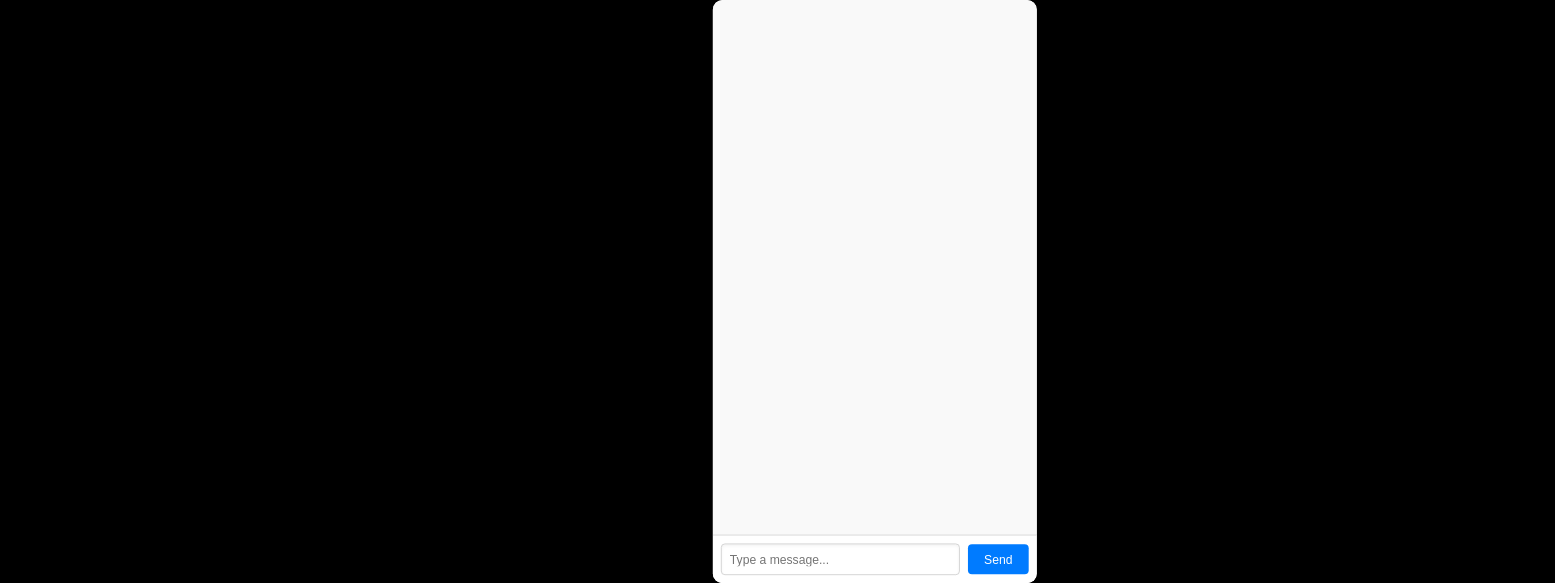
Repository: mdmisri/needy-talk
Page: /home (app in frontend/talk-d1/), after clicking the first element matching `div.card`
These files come from the project's save history. The page is drawn as it stood at one moment and after the next save; the edit follows.
The browser window is 1280 px wide. The page is 1280 px wide, then 1920 px, so the pictures cover 1920 px, including what lies to the right of the window. The pictures show the whole page, at 81% of full size.
The page's requests for data from a server got no answer. The project was rebuilt for these pictures with package versions that can differ from the ones it lists, and the page was loaded fresh each time. No one was signed in, and anything a server would have sent is missing. Also part of the build but not shown: frontend/talk-d1/src/components/Login/Login.js, frontend/talk-d1/src/components/Register/Register.js, frontend/talk-d1/src/components/Chat/styles/Message.css, frontend/talk-d1/src/components/Chat/Message.js, frontend/talk-d1/src/components/Chat/AdminChatBox.js.

Above is the page before, as saved 2024-07-31 08:41:38.

### frontend/talk-d1/public/index.html
<!DOCTYPE html>
<html lang="en">
  <head>
    <meta charset="utf-8" />
    <link rel="icon" href="%PUBLIC_URL%/favicon.ico" />
    <meta name="viewport" content="width=device-width, initial-scale=1" />
    <meta name="theme-color" content="#000000" />
    <meta
      name="description"
      content="Web site created using create-react-app"
    />
    <link rel="stylesheet" href="https://cdnjs.cloudflare.com/ajax/libs/font-awesome/6.0.0-beta3/css/all.min.css" integrity="sha512-5+AbuZZQn05E11w0BqO1D+efLPiYW/j9NPtG7MZhvxXlBjsV3CSCTG3kKmrRh5V7sFDR5ChauD7F1VRr8Dy/8Q==" crossorigin="anonymous" referrerpolicy="no-referrer" />
    <link rel="apple-touch-icon" href="%PUBLIC_URL%/logo192.png" />
    <!--
      manifest.json provides metadata used when your web app is installed on a
      user's mobile device or desktop. See https://developers.google.com/web/fundamentals/web-app-manifest/
    -->
    <link rel="manifest" href="%PUBLIC_URL%/manifest.json" />
    <!--
      Notice the use of %PUBLIC_URL% in the tags above.
      It will be replaced with the URL of the `public` folder during the build.
      Only files inside the `public` folder can be referenced from the HTML.

      Unlike "/favicon.ico" or "favicon.ico", "%PUBLIC_URL%/favicon.ico" will
      work correctly both with client-side routing and a non-root public URL.
      Learn how to configure a non-root public URL by running `npm run build`.
    -->
    <title>React App</title>
  </head>
  <body>
    <noscript>You need to enable JavaScript to run this app.</noscript>
    <div id="root"></div>
    <!--
      This HTML file is a template.
      If you open it directly in the browser, you will see an empty page.

      You can add webfonts, meta tags, or analytics to this file.
      The build step will place the bundled scripts into the <body> tag.

      To begin the development, run `npm start` or `yarn start`.
      To create a production bundle, use `npm run build` or `yarn build`.
    -->
  </body>
</html>

### frontend/talk-d1/src/index.js
import React from 'react';
import ReactDOM from 'react-dom/client';
import './index.css';
import App from './App';
import { BrowserRouter } from 'react-router-dom';

const root = ReactDOM.createRoot(document.getElementById('root'));
root.render(
  <React.StrictMode>
    <BrowserRouter>
    <App />
    </BrowserRouter>
  </React.StrictMode>
);

// If you want to start measuring performance in your app, pass a function
// to log results (for example: reportWebVitals(console.log))
// or send to an analytics endpoint. Learn more: https://bit.ly/CRA-vitals

### frontend/talk-d1/src/components/Chat/ChatBox.js
import React, { useEffect, useState } from 'react';
import { useParams } from 'react-router-dom';
import useConversation from '../../hooks/useConversation';
import Message from './Message';
import socket from './socket';
import './styles/ChatBox.css';

const ChatBox = ({ senderUsername }) => {
    const { receiverUsername } = useParams();
    const [newMessage, setNewMessage] = useState('');
    const { messages, sendMessage, handleTyping, isTyping, setConversationId } = useConversation(senderUsername, receiverUsername);

    useEffect(() => {
        if (senderUsername) {
            console.log(`Sender Username: ${senderUsername}`);
            socket.emit('setUsername', senderUsername);
            socket.emit('userOnline', senderUsername);
        }

        return () => {
            if (senderUsername) {
                socket.emit('userOffline', senderUsername);
            }
        };
    }, [senderUsername]);

    useEffect(() => {
        if (receiverUsername) {
            console.log(`Receiver Username: ${receiverUsername}`);
        }
    }, [receiverUsername]);

    useEffect(() => {
        if (messages) {
            // Scroll to the bottom of the chat when new messages are added
            const chatContainer = document.querySelector('.messages');
            if (chatContainer) {
                chatContainer.scrollTop = chatContainer.scrollHeight;
            }
        }
    }, [messages]);

    useEffect(() => {
        console.log(`isTyping: ${isTyping}`); // Log isTyping state changes
    }, [isTyping]);

    const handleSendMessage = () => {
        if (newMessage.trim() && senderUsername && receiverUsername) {
            sendMessage(newMessage);
            setNewMessage('');
        }
    };

    return (
        <div className="chatbox">
            <div className="messages">
                {messages.map((msg, index) => (
                    <Message key={index} message={msg} currentUser={senderUsername} />
                ))}
                {isTyping && <div className="typing-indicator">{receiverUsername} is typing...</div>}
            </div>
            <div className="input-area">
                <input
                    type="text"
                    value={newMessage}
                    onChange={(e) => {
                        setNewMessage(e.target.value);
                        handleTyping();
                    }}
                    placeholder="Type a message..."
                />
                <button onClick={handleSendMessage}>Send</button>
            </div>
        </div>
    );
};

export default ChatBox;

### frontend/talk-d1/src/components/Chat/AdminSelection.js
import React from 'react';
import './styles/AdminSelection.css'; // Create this CSS file for styling

const AdminSelection = ({ onSelectAdmin }) => {
    return (
        <div className="admin-selection-container">
            <h2>Choose Male or Female you want to talk with!</h2>
            <div className="cards-wrapper">
                <div className="card" onClick={() => onSelectAdmin('srk')}>
                    <div className="card-icon">👨</div>
                    <h3>Male Admin (srk)</h3>
                </div>
                <div className="card" onClick={() => onSelectAdmin('suhana')}>
                    <div className="card-icon">👩</div>
                    <h3>Female Admin (suhana)</h3>
                </div>
            </div>
        </div>
    );
};

export default AdminSelection;

### frontend/talk-d1/src/components/Chat/socket.js
// socket.js
import io from 'socket.io-client';

const socket = io('http://localhost:3010');

export default socket;

### frontend/talk-d1/src/components/Login/Login.css
body, html {
    margin: 0;
    padding: 0;
    height: 100%;
    background-color: #000000; /* Set the background color to black */
    display: flex;
    justify-content: center;
    align-items: center;
    font-family: 'Arial', sans-serif;
}

.login-container {
    width: 400px; /* Increased width */
    padding: 40px;
    background: linear-gradient(145deg, #ffffff, #f0f0f0);
    box-shadow: 0 0 30px rgba(255, 255, 255, 0.1);
    border-radius: 15px;
    text-align: center;
    box-sizing: border-box;
}

.login-container h2 {
    margin-bottom: 30px;
    color: #333;
    font-size: 28px;
    font-weight: 600;
    text-transform: uppercase;
    letter-spacing: 1px;
}

.login-container input[type="text"],
.login-container input[type="password"] {
    width: 100%;
    margin-bottom: 20px;
    padding: 12px 20px;
    border: 1px solid #ccc;
    border-radius: 8px;
    background: #f9f9f9;
    box-shadow: 0 2px 5px rgba(0, 0, 0, 0.1);
    font-size: 16px;
    transition: all 0.3s ease;
    outline: none;
     box-sizing: border-box;
}

.login-container input[type="text"]:focus,
.login-container input[type="password"]:focus {
    border-color: #007BFF; /* Highlight border color on focus */
    box-shadow: 0 0 5px rgba(0, 123, 255, 0.5); /* Add glow effect on focus */
    background: #fff; /* Ensure background is clear on focus */
}

.password-container {
    position: relative;
    width: 100%;
    margin-bottom: 20px;
}

.password-container input[type="password"],
.password-container input[type="text"] {
    width: 100%;
    padding-right: 40px; /* Make room for the toggle icon */
}

.password-toggle-icon {
    position: absolute;
    right: 15px;
    top: 35%;
    transform: translateY(-50%);
    cursor: pointer;
    color: #333;
    transition: color 0.3s ease;
}

.password-toggle-icon:hover {
    color: #007BFF;
}

.password-requirement {
    position: absolute;
    bottom: -25px; /* Adjust this value if needed */
    left: 0;
    width: 100%;
    text-align: left;
    font-size: 12px;
    color: #ff0000;
    margin-top: 5px;
    box-sizing: border-box;
}

.not-a-user {
    margin-top: 20px;
    font-size: 14px;
    color: #333;
}

.register-link {
    color: #007BFF;
    text-decoration: none;
}

.register-link:hover {
    text-decoration: underline;
}

.login-container button {
    width: 100%;
    padding: 15px;
    background: linear-gradient(145deg, #007bff, #0056b3);
    color: #fff;
    border: none;
    border-radius: 50px;
    cursor: pointer;
    font-size: 18px;
    font-weight: 600;
    text-transform: uppercase;
    letter-spacing: 1px;
    transition: all 0.3s ease;
    box-shadow: 0 5px 15px rgba(0, 0, 0, 0.2);
}

.login-container button:hover {
    background: linear-gradient(145deg, #0056b3, #004494);
    transform: translateY(-3px);
    box-shadow: 7px 7px 15px #d9d9d9, -7px -7px 15px #ffffff;
}

.login-container button:active {
    transform: translateY(0);
    box-shadow: 3px 3px 5px #d9d9d9, -3px -3px 5px #ffffff;
}

### frontend/talk-d1/src/components/Register/Register.css
body, html {
    margin: 0;
    padding: 0;
    height: 100%;
    background-color: #000000;
    display: flex;
    justify-content: center;
    align-items: center;
    font-family: 'Arial', sans-serif;
}

.form-container {
    width: 340px;
    padding: 40px;
    background: linear-gradient(145deg, #ffffff, #f0f0f0);
    box-shadow: 0 0 30px rgba(255, 255, 255, 0.1);
    border-radius: 15px;
    text-align: center;
}

.form-container h2 {
    margin-bottom: 30px;
    color: #333;
    font-size: 28px;
    font-weight: 600;
    text-transform: uppercase;
    letter-spacing: 1px;
}

.form-container input[type="text"],
.form-container input[type="password"],
.form-container input[type="email"] {
    width: 100%;
    margin-bottom: 20px;
    padding: 12px 20px;
    border: 1px solid #ccc;
    border-radius: 8px;
    background: #f9f9f9;
    box-shadow: 0 2px 5px rgba(0, 0, 0, 0.1);
    font-size: 16px;
    transition: all 0.3s ease;
    outline: none;
    box-sizing: border-box;
}

.form-container input[type="text"]:focus,
.form-container input[type="password"]:focus,
.form-container input[type="email"]:focus {
    border-color: #007BFF;
    box-shadow: 0 0 5px rgba(0, 123, 255, 0.5);
    background: #fff;
}

.form-container .password-container {
    position: relative;
    width: 100%;
    margin-bottom: 20px;
}

.form-container .password-container input[type="password"],
.form-container .password-container input[type="text"] {
    width: 100%;
    padding-right: 40px;
}

.form-container .password-toggle-icon {
    position: absolute;
    right: 15px;
    top: 35%;
    transform: translateY(-50%);
    cursor: pointer;
    color: #333;
    transition: color 0.3s ease;
}

.form-container .password-toggle-icon:hover {
    color: #007BFF;
}

.password-requirement {
    position: absolute;
    bottom: -25px; /* Adjust this value if needed */
    left: 0;
    width: 100%;
    text-align: left;
    font-size: 12px;
    color: #ff0000;
    margin-top: 5px;
    box-sizing: border-box;
}

/* .form-container .checkbox-container {
    display: flex;
    align-items: center;
    justify-content: flex-start;
    margin-bottom: 20px;
    font-size: 16px;
}

.form-container .checkbox-container input[type="checkbox"] {
    margin-right: 10px;
    cursor: pointer;
}

.admin-text {
    color: #333;
} */

.already-user {
    margin-top: 20px;
    font-size: 14px;
    color: #333;
}

.already-user a {
    color: #007BFF;
    text-decoration: none;
}

.already-user a:hover {
    text-decoration: underline;
}

.form-container button {
    width: 100%;
    padding: 15px;
    background: linear-gradient(145deg, #007bff, #0056b3);
    color: #fff;
    border: none;
    border-radius: 50px;
    cursor: pointer;
    font-size: 18px;
    font-weight: 600;
    text-transform: uppercase;
    letter-spacing: 1px;
    transition: all 0.3s ease;
    box-shadow: 0 5px 15px rgba(0, 0, 0, 0.2);
    margin-top: 20px;
}

.form-container button:hover {
    background: linear-gradient(145deg, #0056b3, #004494);
    transform: translateY(-3px);
    box-shadow: 0 7px 20px rgba(0, 0, 0, 0.3);
}

.form-container button:active {
    transform: translateY(0);
    box-shadow: 0 3px 10px rgba(0, 0, 0, 0.2);
}

### frontend/talk-d1/src/components/Chat/styles/ChatBox.css
/* General styles for chatbox and messages */
.chatbox {
    display: flex;
    flex-direction: column;
    height: 100vh;
    width: 400px;
    position: fixed;
    bottom: 0;
    right: 0;
    border: none;
    border-radius: 12px;
    box-shadow: 0 4px 20px rgba(0, 0, 0, 0.1);
    background-color: #ffffff;
    overflow: hidden;
    font-family: 'Segoe UI', Tahoma, Geneva, Verdana, sans-serif;
}

.messages {
    flex: 1;
    padding: 20px;
    overflow-y: auto;
    background-color: #f9f9f9;
    border-top-left-radius: 12px;
    border-top-right-radius: 12px;
}

.messages div {
    margin-bottom: 12px;
    padding: 12px 16px;
    border-radius: 20px;
    max-width: 75%;
    line-height: 1.5;
    font-size: 15px;
    transition: background-color 0.3s;
}

.sent {
    align-self: flex-end;
    background-color: #e1f5fe;
    color: #333;
}

.received {
    align-self: flex-start;
    background-color: #ffffff;
    border: 1px solid #e0e0e0;
    color: #333;
}

.input-container {
    display: flex;
    padding: 10px;
    border-top: 1px solid #e0e0e0;
    background-color: #ffffff;
    box-shadow: 0 -2px 4px rgba(0, 0, 0, 0.1);
}

input {
    flex: 1;
    padding: 12px 20px;
    border: 2px solid #e0e0e0;
    border-radius: 25px;
    font-size: 15px;
    margin-right: 10px;
    box-shadow: inset 0 2px 4px rgba(0, 0, 0, 0.05);
    transition: border-color 0.3s, box-shadow 0.3s;
}

input:focus {
    outline: none;
    border-color: #007bff;
    box-shadow: 0 0 5px rgba(0, 123, 255, 0.5);
}

button {
    padding: 12px 20px;
    border: none;
    border-radius: 25px;
    background-color: #007bff;
    color: #ffffff;
    font-size: 15px;
    cursor: pointer;
    transition: background-color 0.3s;
}

button:hover {
    background-color: #0056b3;
}

/* Notification text styling */
.notification-text {
    position: absolute;
    top: 10px; /* Position at the top */
    width: 100%; /* Full width */
    text-align: center; /* Center text */
    color: white; /* White color */
    background-color: rgba(0, 0, 0, 0.7); /* Semi-transparent background */
    padding: 10px; /* Padding for readability */
    border-radius: 12px;
    font-size: 14px;
    box-sizing: border-box; /* Ensure padding and border are included in the element's total width and height */
}

/* Logout button styling */
.logout-button {
    position: fixed; /* Fixed position */
    bottom: 10px; /* Bottom left corner */
    left: 10px;
    padding: 12px 20px;
    background-color: #ff3e3e; /* Red color */
    color: #ffffff; /* White text */
    border: none;
    border-radius: 25px;
    cursor: pointer;
    font-size: 15px;
    transition: background-color 0.3s;
}

.logout-button:hover {
    background-color: #d32f2f; /* Darker red on hover */
}

### frontend/talk-d1/src/components/Chat/styles/AdminChatBox.css
/* AdminChatBox.css */
.admin-chat-container {
    display: flex;
    height: calc(100vh - 20px); /* Adjusted height */
    width: 100vw; /* Full viewport width */
    font-family: Arial, sans-serif;
    overflow: hidden;
    background-color: #f0f0f0; /* Light background for contrast */
    box-sizing: border-box; /* Ensure padding and border are included in the element's total width and height */
    margin: 10px; /* Add margin to prevent overflow */
}

.user-tabs {
    width: 250px; /* Fixed width for the tabs */
    background-color: #e0e0e0;
    border-right: 1px solid #ccc;
    overflow-y: auto; /* Allow vertical scrolling */
    padding: 10px;
    flex-shrink: 0; /* Prevents shrinking */
    box-sizing: border-box; /* Ensure padding and border are included in the element's total width and height */
}

.user-tab {
    padding: 10px;
    cursor: pointer;
    display: flex;
    justify-content: space-between;
    align-items: center;
    border-radius: 5px;
    transition: background-color 0.3s ease;
    margin-bottom: 5px;
    background-color: #f5f5f5;
    color: #333; /* Dark text for contrast */
}

.user-tab:hover {
    background-color: #d0d0d0;
}

.user-tab.active {
    background-color: #007bff;
    color: white;
}

.chat-box {
    flex: 1; /* Take up remaining space */
    display: flex;
    flex-direction: column;
    padding: 10px;
    background-color: #fff;
    overflow: hidden; /* Prevent overflow */
    box-sizing: border-box; /* Ensure padding and border are included in the element's total width and height */
}

.messages {
    flex: 1; /* Take up remaining space in chat box */
    overflow-y: auto; /* Enable vertical scrolling for messages */
    padding: 10px;
    display: flex;
    flex-direction: column; /* Align messages to the bottom */
}

.typing-indicator {
    font-style: italic;
    color: #666;
    margin: 5px 0;
}

.input-area {
    display: flex; /* Flexbox for input and button */
    align-items: center; /* Center items vertically */
    padding: 10px; /* Add padding to input area */
    background-color: #fff; /* Ensure background color is consistent */
    border-top: 1px solid #ccc; /* Add a border on top */
    flex-shrink: 0; /* Prevent input area from shrinking */
    box-sizing: border-box; /* Ensure padding and border are included in the element's total width and height */
}

input[type="text"] {
    flex: 1; /* Allow input to take available space */
    padding: 10px;
    margin-right: 10px;
    border: 1px solid #ccc;
    border-radius: 5px;
    outline: none;
    transition: border-color 0.3s ease;
}

input[type="text"]:focus {
    border-color: #007bff; /* Change border color on focus */
}

button {
    padding: 10px 20px;
    background-color: #007bff;
    color: white;
    border: none;
    border-radius: 5px;
    cursor: pointer;
    transition: background-color 0.3s ease;
    white-space: nowrap;
}

button:hover {
    background-color: #0056b3; /* Darken button on hover */
}

/* Styles for the "Select a user to start chatting" message */
.chat-box > div {
    display: flex;
    justify-content: center; /* Centered message */
    align-items: center;
    height: 100%; /* Full height */
    font-size: 18px;
    color: #666;
}

/* Responsive Design */
@media (max-width: 768px) {
    .admin-chat-container {
        flex-direction: column; /* Stack vertically on smaller screens */
        height: calc(100vh - 20px); /* Adjust height */
    }

    .user-tabs {
        width: 100%; /* Full width on mobile */
        height: 30vh; /* 30% height for user tabs */
        border-right: none;
        border-bottom: 1px solid #ccc; /* Border below tabs */
    }

    .chat-box {
        height: 70vh; /* 70% height for chat box */
    }

    .input-area {
        flex-direction: column; /* Stack input and button */
        padding: 0; /* Remove padding */
    }

    input[type="text"] {
        width: 100%; /* Full width on mobile */
        margin-right: 0; /* No margin right */
        margin-bottom: 10px; /* Margin below input */
        height: 50px;
    }

    button {
        width: 100%; /* Full width button */
    }
}

.message {
    margin-bottom: 10px;
    padding: 5px 10px;
    border-radius: 5px;
}

.message.admin {
    background-color: #e6f2ff; /* Light blue for admin messages */
    align-self: flex-end; /* Align admin messages to the right */
}

.message.user {
    background-color: #f0f0f0; /* Light gray for user messages */
    align-self: flex-start; /* Align user messages to the left */
}

### frontend/talk-d1/src/components/Chat/styles/AdminSelection.css
body, html {
    margin: 0;
    padding: 0;
    height: 100%;
    background-color: #000000; /* Set the background color to black */
    font-family: 'Arial', sans-serif;
    color: white; /* Set default text color to white */
}

.admin-selection-container {
    display: flex;
    flex-direction: column; /* Stack the heading above the cards */
    justify-content: center;
    align-items: center;
    height: 100vh;
    text-align: center; /* Center the heading text */
}

.admin-selection-container h2 {
    margin-bottom: 20px; /* Add some space below the heading */
    color: white; /* Ensure the heading text is white */
}

.cards-wrapper {
    display: flex; /* Display the cards in a row */
    justify-content: center; /* Center the cards horizontally */
}

.card {
    background-color: white; /* Set the background color of the card to white */
    color: black; /* Set the text color inside the card to black */
    margin: 10px 20px;
    padding: 20px;
    border: 1px solid #ccc;
    border-radius: 10px;
    text-align: center;
    cursor: pointer;
    transition: transform 0.2s;
}

.card:hover {
    transform: scale(1.05);
}

.card h3 {
    margin: 0;
    color: black; /* Ensure the card header text is black */
}

.card-icon {
    font-size: 40px;
    margin-bottom: 10px;
}

### frontend/talk-d1/src/conversationUtils.js
import axios from 'axios';

export const getConversationId = async (senderUsername, receiverUsername) => {
    try {

        const response = await axios.get(`http://localhost:3010/api/conversations/${senderUsername}/${receiverUsername}`);

        console.log(response.data.conversationId)
        return response.data.conversationId;

    } catch (error) {
        console.error('Error fetching conversation ID:', error);
        throw error;
    }
};

export const createConversation = async (senderUsername, receiverUsername) => {
    try {
        const response = await axios.post('http://localhost:3010/api/conversations', { senderUsername, receiverUsername });
        return response.data.conversationId;
    } catch (error) {
        console.error('Error creating conversation:', error);
        return null;
    }
};

Loaded but not shown: frontend/talk-d1/src/hooks/useConversation.js (136 lines, source omitted); frontend/talk-d1/src/App.js (77 lines, source omitted); frontend/talk-d1/src/components/Chat/ChatStart.js (46 lines, source omitted); frontend/talk-d1/src/index.css (no stored copy; drawn as an empty file)

After the next save:
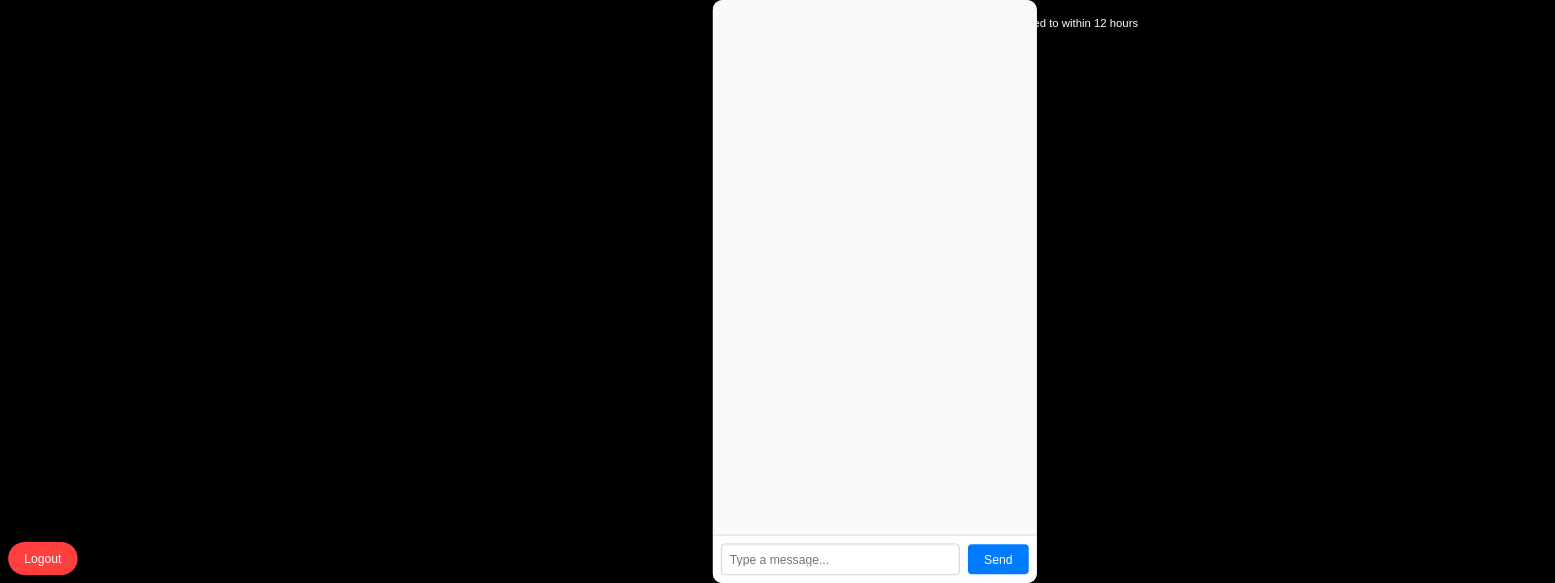
Saved 17 s later.
--- a/frontend/talk-d1/src/components/Chat/ChatBox.js
+++ b/frontend/talk-d1/src/components/Chat/ChatBox.js
@@ -51,27 +51,40 @@ const ChatBox = ({ senderUsername }) => {
         }
     };
 
+    const handleLogout = () => {
+        socket.emit('userOffline', senderUsername);
+        // Add your logout logic here, e.g., clearing local storage, redirecting to login page, etc.
+    };
+
     return (
-        <div className="chatbox">
-            <div className="messages">
-                {messages.map((msg, index) => (
-                    <Message key={index} message={msg} currentUser={senderUsername} />
-                ))}
-                {isTyping && <div className="typing-indicator">{receiverUsername} is typing...</div>}
+        <>
+            <div className="notification-text">
+                You will be responded to within 12 hours
             </div>
-            <div className="input-area">
-                <input
-                    type="text"
-                    value={newMessage}
-                    onChange={(e) => {
-                        setNewMessage(e.target.value);
-                        handleTyping();
-                    }}
-                    placeholder="Type a message..."
-                />
-                <button onClick={handleSendMessage}>Send</button>
+            <div className="chatbox">
+                <div className="messages">
+                    {messages.map((msg, index) => (
+                        <Message key={index} message={msg} currentUser={senderUsername} />
+                    ))}
+                    {isTyping && <div className="typing-indicator">{receiverUsername} is typing...</div>}
+                </div>
+                <div className="input-area">
+                    <input
+                        type="text"
+                        value={newMessage}
+                        onChange={(e) => {
+                            setNewMessage(e.target.value);
+                            handleTyping();
+                        }}
+                        placeholder="Type a message..."
+                    />
+                    <button onClick={handleSendMessage}>Send</button>
+                </div>
             </div>
-        </div>
+            <button className="logout-button" onClick={handleLogout}>
+                Logout
+            </button>
+        </>
     );
 };
 
